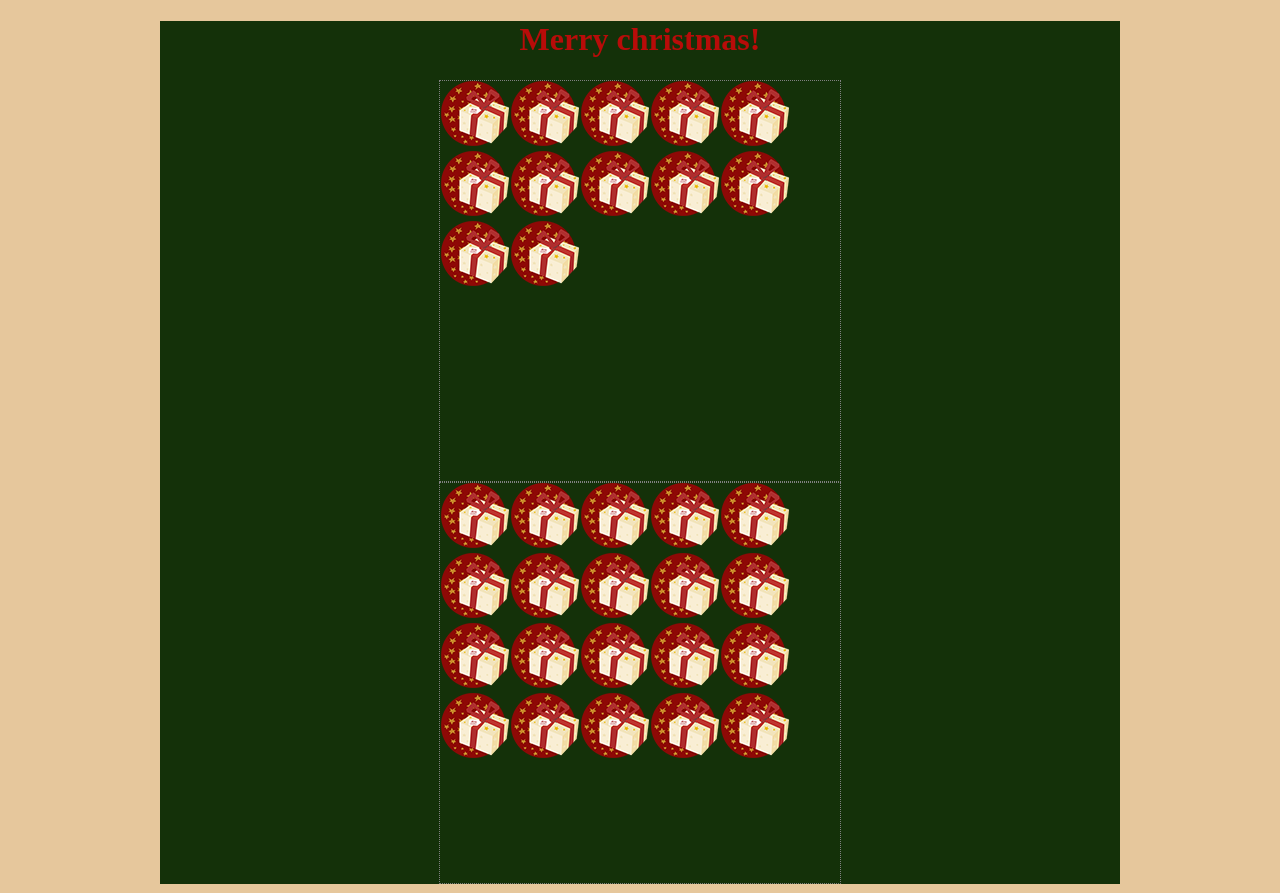
Repository: Angamanga/1dv403-laborationer
Page: 3-gameon/memory/index.html
The author's editor kept a record of every edit. The page is drawn from the files as they stood at one moment, then again after the next edit.
The browser window is 1280 px wide. The pictures show the whole page.
Some web fonts or font styles are not loaded; a fallback is used.

Above is the page before.

### 3-gameon/memory/index.html
<!doctype html>
<html lang="sv">

<head>
    <meta charset="utf-8" />
    <title>Game On!</title>
    <link href='//fonts.googleapis.com/css?family=Mountains+of+Christmas' rel='stylesheet' type='text/css'>
    <link rel="stylesheet" media="screen and (min-width:501px)" href="css/style.css">
    <link rel="stylesheet" media="screen and (max-width:500px)" href="css/mobile.css">
    <meta name="viewport" content="width=device-width, minimum-scale=1">



</head>

<body>
    <main>
        <h1>Merry christmas!</h1>

            <div id="game1"></div>
            <div id="game2"></div>


    </main>
     <script src="js/random.js"></script>
     <script src="js/brick.js"></script>
    <script src="js/memory.js"></script>
    <script src="js/script.js"></script>
</body>
</html>

### 3-gameon/memory/css/style.css
/*@media screen and (min-width: 501px)*/
body{
    font-family: 'Mountains of Christmas', cursive;
    background-color:#E6C79C;
    color:#B80C09;
}

main{
    max-width:960px;
    background-color:#143109;
    margin:auto;
    text-align:center;
}
#game1, #game2{
    width:400px;
    height:400px;
    margin:0 auto;
    border: 1px dotted grey;
}
#game1 > div, #game2>div{
    float:left;
    width:70px;
    height:70px
}

/*#game1, #game2 > div{*/
/*    background: url(/pics/back.jpg) no-repeat;*/
/*}*/

### 3-gameon/memory/js/random.js

var RandomGenerator = {

	/*
		Denna metod tar antalet rader och columner som inparameter.

		Metoden returnerar en array inneh�llandes utslumpade tal mellan 1 och (rows*cols)/2. Varje tal representeras tv�
		g�nger och motsvarar s�ledes en spelbricka.

		I en 4*4 matris kan Arrayen t.ex. se ut s� h�r:
		[1,2,6,8,6,2,5,3,1,3,7,5,8,4,4,7]

		I en 2*4 matris kan Arrayen t.ex. se ut s� h�r:
		[3,4,4,1,2,1,2,3]
	*/

	getPictureArray: function(rows, cols)
	{
		var numberOfImages = rows*cols;
		var maxImageNumber = numberOfImages/2;

	   	var imgPlace = [];

	   //Utplacering av bilder i Array
	   for(var i=0; i<numberOfImages; i++)
		  imgPlace[i] = 0;

		for(var currentImageNumber=1; currentImageNumber<=maxImageNumber; currentImageNumber++)
		{
			var imageOneOK = false;
			var imageTwoOK = false;

			do
			{
				if(imageOneOK == false)
				{
					var randomOne = Math.floor( (Math.random() * (rows*cols-0) + 0) );

					if( imgPlace[randomOne] == 0 )
					{
						imgPlace[randomOne] = currentImageNumber;
						imageOneOK = true;
					}
				}

				if(imageTwoOK == false)
				{
					var randomTwo = Math.floor( (Math.random() * (rows*cols-0) + 0) );

					if( imgPlace[randomTwo] == 0 )
					{
						imgPlace[randomTwo] = currentImageNumber;
						imageTwoOK = true;
					}
				}
			}
			while(imageOneOK == false || imageTwoOK == false);
		}

		return imgPlace;
	}
}

### 3-gameon/memory/js/brick.js
"use strict";
function Brick(id){

	this.getBrickID = function(){
		return id;
	};
	this.getBrickSrc= function(){
		return "pics/" + id +".png";
	}


	}

### 3-gameon/memory/js/memory.js
"use strict";

var Memory = function(rows, cols, gameID) {
    this.rows = rows; // antal rader
    this.cols = cols; // antal kolumner
    this.gameID = gameID; //hanvisning till div id
    this.order = RandomGenerator.getPictureArray(rows, cols); //array med slumpade nummer
    this.bricks = []; //array med brickor som ska anvandas
    this.flippedBricks = [];
    this.counter = 0;
    this.nbCorrectGuesses = 0;
    this.classID;
    this.nbGuesses = 0;

};

Memory.prototype.flipBrick = function(n, backImage) {
        if (this.counter === 0) {
            this.flippedBricks.push(this.bricks[n].getBrickID());
            this.classID = n;

            return this.bricks[n].getBrickSrc();
        }
        else if (this.counter === 1) {
            this.flippedBricks.push(this.bricks[n].getBrickID());
            return this.bricks[n].getBrickSrc();
        }
    }
    //         else if(this.counter===1){
    //             backImage.src = this.bricks[n].getBrickSrc();
    //             this.brick2=this.bricks[n].getBrickID();
    //           var brick1=document.getElementsByClassName(this.classID);
    //         //     if(this.brick1.getBrickID()===this.brick2.getBrickID()){
    //         //     this.nbCorrectGuesses+2;
    //         //     if(this.nbCorrectGuesses===this.bricks.length){
    //         //     alert("Du klarade det pa " +this.nbCorrectGuesses/2+" gissningar!");
    //         //  }
    //         // else{
    //      setTimeout(function() {
    //         backImage.src = "pics/back.png";
    //         brick1.backImage.src="pics/back.png";
    //      }, 700);
    //      this.counter=0;

//     //     }
//     //   };

//             }
//         }.bind(this);


//   };

Memory.prototype.addBricks = function(n) {
    var memBoard = document.getElementById(this.gameID);
    var a = document.createElement("a");
    var backImage = document.createElement("img");
    var div = document.createElement("div");
    a.setAttribute("href", "#");
    a.setAttribute("class", n);
    backImage.src = "pics/back.png";
    memBoard.appendChild(div);
    div.appendChild(a);
    a.appendChild(backImage);

    a.onclick = function(e) {
        console.log(this.nbCorrectGuesses);
        if (this.counter === 0) {
            backImage.src = this.flipBrick(n);
            this.counter = 1;
            this.nbGuesses += 1;
            }
        else if (this.counter === 1) {
            backImage.src = this.flipBrick(n);
            if (this.flippedBricks[0] === this.flippedBricks[1]) {
                this.nbCorrectGuesses += 2;
                    if (this.nbCorrectGuesses === this.bricks.length) {
                        alert("You won the game! You needed " + this.nbGuesses + " to finish the game!");
                    }
                    else {
                    setTimeout(function() {
                        backImage.src = "pics/back.png";
                        var test = document.createElement("img");
                        test.src = "pics/back.png";
                        var firstBrick = memBoard.getElementsByClassName(this.classID)[0];
                        var oldImage = firstBrick.getElementsByTagName("img")[0];
                        firstBrick.replaceChild(test, oldImage);
                        }.bind(this), 700);
                    }
                this.flippedBricks=[];
                this.counter=0;
                }
            }
    }.bind(this);

};

Memory.prototype.start = function() {
    //skapar brickor med slumpade id:n och lagger dom i arrayen bricks.
    for (var i = 0; i < this.order.length; i++) {
        this.bricks[i] = new Brick(this.order[i]);
    }
    //lagger ut brickorna pa sidan
    for (var j = 0; j < this.bricks.length; j++) {
        this.addBricks(j);
    }
};

### 3-gameon/memory/js/script.js
"use strickt";
var MemoryApp = {
   init: function(){
      var mem1 = new Memory(3,4,"game1");
      var mem2 = new Memory(5,4,"game2");
      mem1.start();
      mem2.start();
   }
};

window.onload=MemoryApp.init();

### 3-gameon/memory/css/mobile.css
/*@media screen and (max-width: 500px)*/
body{
    font-family: 'Mountains of Christmas', cursive;
    background-color:#E6C79C;
    color:#143109;
}
main{
    max-width:90%;
    background-color:#B80C09;
    margin:auto;
    text-align:center;
}

After the next edit:
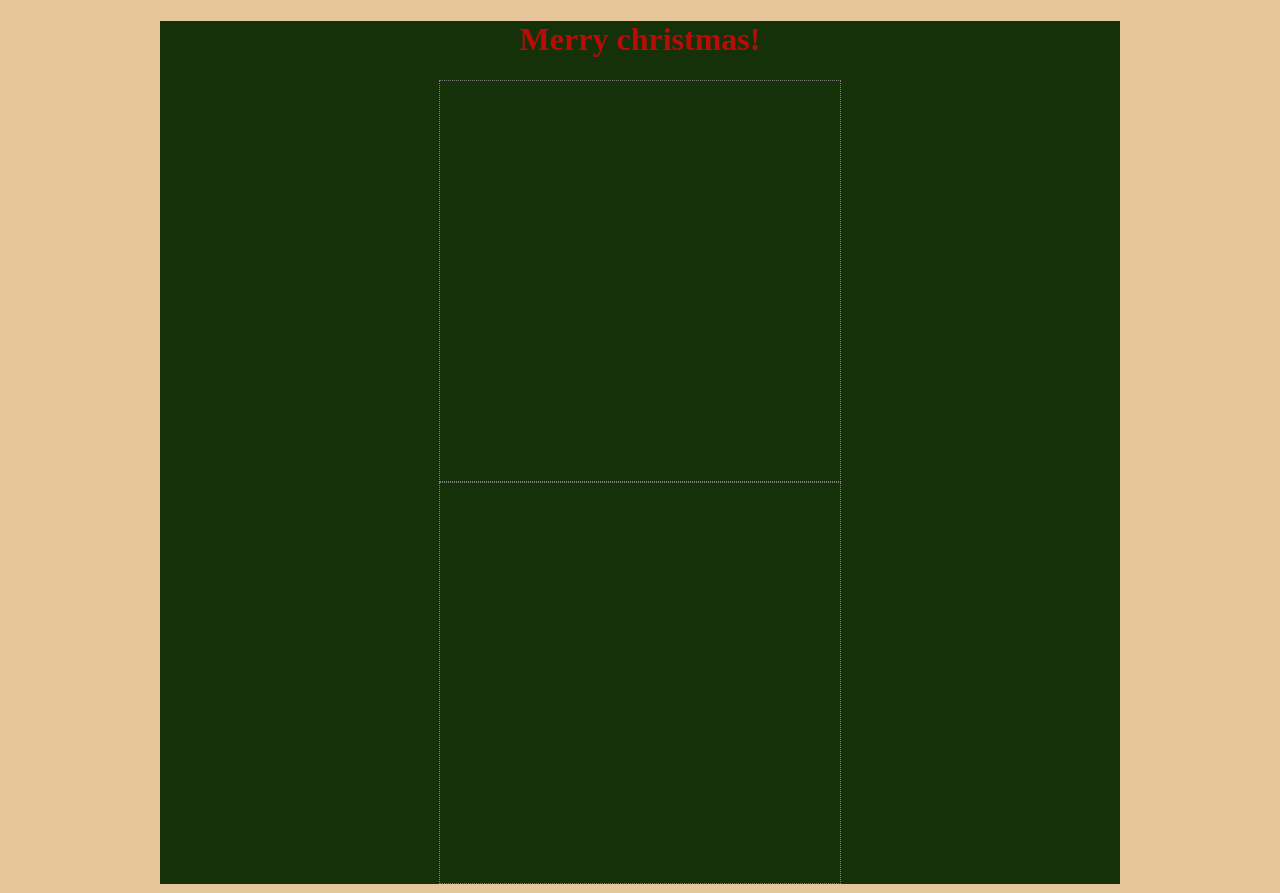
Console error: SyntaxError: Unexpected token '}'
The edit:
--- a/3-gameon/memory/js/memory.js
+++ b/3-gameon/memory/js/memory.js
@@ -77,7 +77,8 @@
                     if (this.nbCorrectGuesses === this.bricks.length) {
                         alert("You won the game! You needed " + this.nbGuesses + " to finish the game!");
                     }
-                    else {
+            }
+            else {
                     setTimeout(function() {
                         backImage.src = "pics/back.png";
                         var test = document.createElement("img");

After the edit that followed:
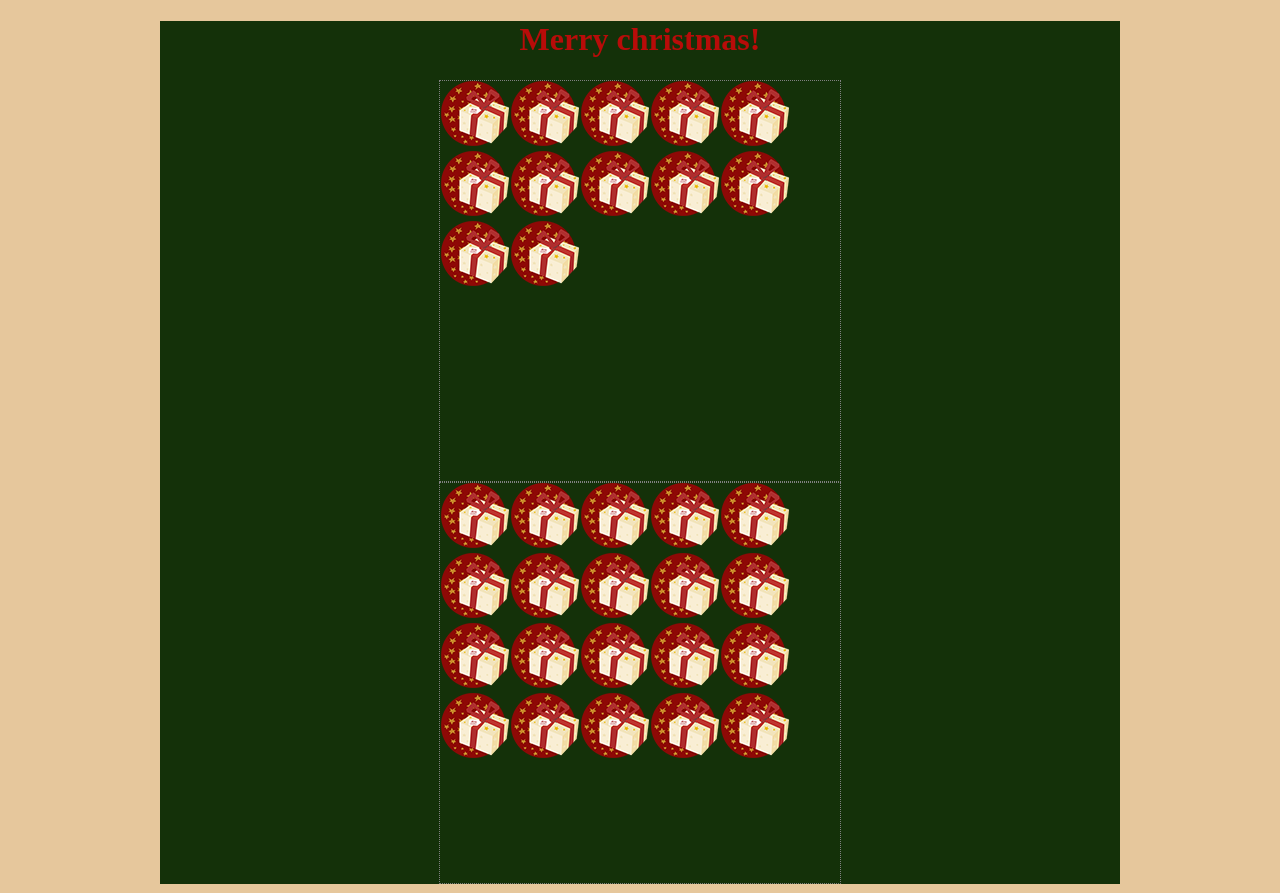
The error is gone.
The edit:
--- a/3-gameon/memory/js/memory.js
+++ b/3-gameon/memory/js/memory.js
@@ -91,7 +91,7 @@
                 this.flippedBricks=[];
                 this.counter=0;
                 }
-            }
+
     }.bind(this);
 
 };
